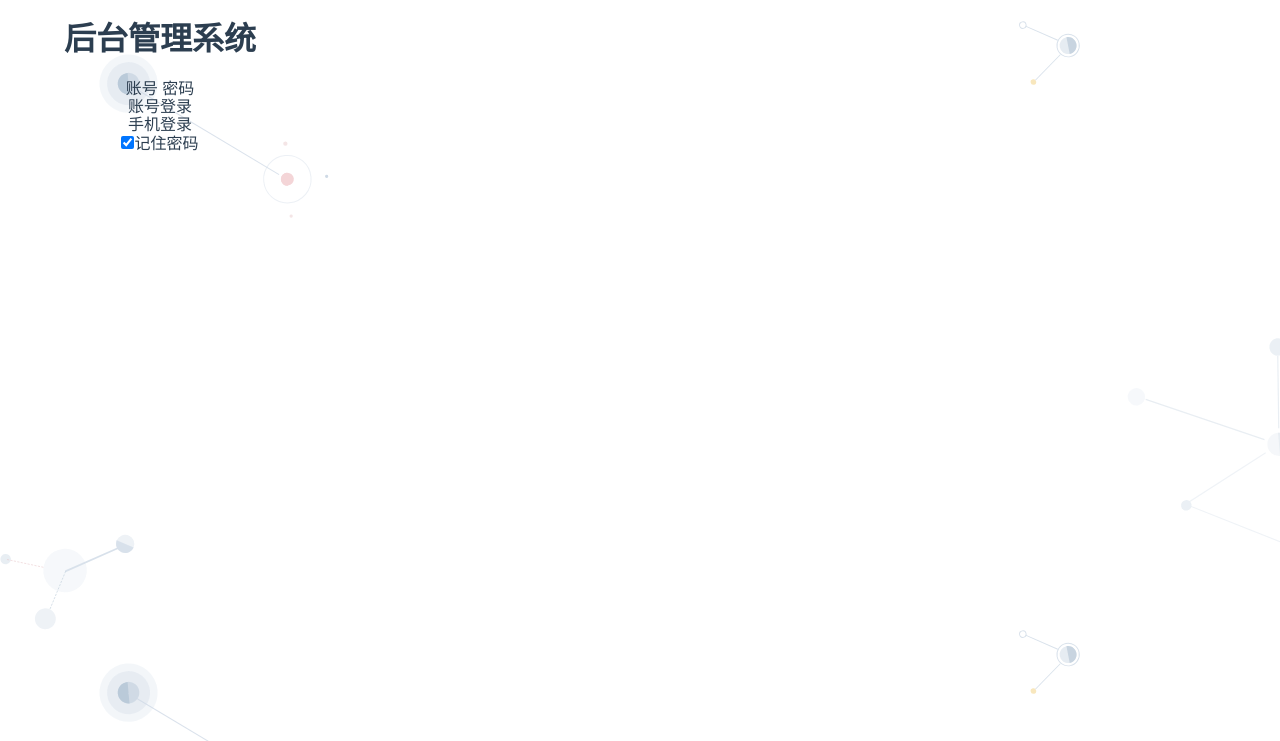
Repository: chenguox/vue-admin
Page: /#/login
The author's editor kept a copy of each file at every save. The page is drawn from the files as they stood at one save, then again after the next save.
The browser window is 1280 px wide. The pictures show the whole page.
The page's requests for data from a server got no answer. The project was rebuilt for these pictures with package versions that can differ from the ones it lists, and the page was loaded fresh each time. No one was signed in, and anything a server would have sent is missing. Also part of the build but not shown: vue.config.js.

Above is the page before, as saved 2022-03-05 10:52:54.

### src/main.ts
import { createApp } from 'vue'
import { globalRegister } from './global'
import 'normalize.css'
import './assets/css/index.less'

import App from './App.vue'

import router from './router'
import store from './store'

import gxRequest from './service'

const app = createApp(App)

// 注册element-plus/其他
app.use(globalRegister)
app.use(router)
app.use(store)

app.mount('#app')

interface DataType {
  data: any
  returnCode: string
  success: boolean
}

gxRequest
  .request<DataType>({
    url: '/post',
    method: 'POST',
    interceptors: {
      requestInterceptor: (config) => {
        console.log('单个请求成功的拦截')
        return config
      },
      requestInterceptorCatch: (err) => {
        console.log('单个请求失败的拦截')
        return err
      },
      responseInterceptor: (res) => {
        console.log('单个响应成功的拦截')
        return res
      },
      responseInterceptorCatch: (err) => {
        console.log('单个响应失败的拦截')
        return err
      }
    }
  })
  .then((res) => {
    // 拿到请求结果
    console.log(res)
  })

### src/global/index.ts
import { App } from 'vue'
import registerElement from './register-element'

export function globalRegister(app: App): void {
  app.use(registerElement)
}

### src/App.vue
<template>
  <div id="app">
    <!-- <router-link to="/login">登录</router-link>
    <router-link to="/main">首页</router-link>
    <h2>{{ $store.state.name }}</h2> -->
    <router-view></router-view>
  </div>
</template>

<script lang="ts">
import { defineComponent } from 'vue'

export default defineComponent({
  name: 'App',
  components: {}
})
</script>

<style lang="less">
#app {
  font-family: Avenir, Helvetica, Arial, sans-serif;
  -webkit-font-smoothing: antialiased;
  -moz-osx-font-smoothing: grayscale;
  text-align: center;
  color: #2c3e50;
  // margin-top: 60px;
}
</style>

### src/router/index.ts
import { createRouter, createWebHashHistory } from 'vue-router'
import { RouteRecordRaw } from 'vue-router'

const routes: RouteRecordRaw[] = [
  {
    path: '/',
    redirect: '/main'
  },
  {
    path: '/main',
    component: () => import('../views/main/main.vue')
  },
  {
    path: '/login',
    component: () => import('../views/login/login.vue')
  }
]

// 创建 router 对象
const router = createRouter({
  routes,
  history: createWebHashHistory()
})

export default router

### src/store/index.ts
import { createStore } from 'vuex'

// 创建store对象
const store = createStore({
  state: () => {
    return {
      name: '哈哈'
    }
  },
  mutations: {},
  getters: {},
  actions: {}
})

export default store

### src/service/index.ts
// service 统一出口
import GXRequest from './request'
import { API_BASE_URL, TIME_OUT } from './request/config'

// 创建 gxRequest 实例
const gxRequest = new GXRequest({
  baseURL: API_BASE_URL,
  timeout: TIME_OUT,
  interceptors: {
    requestInterceptor: (config) => {
      console.log('请求成功的拦截')
      return config
    },
    requestInterceptorCatch: (err) => {
      console.log('请求失败的拦截')
      return err
    },
    responseInterceptor: (res) => {
      console.log('响应成功的拦截')
      return res
    },
    responseInterceptorCatch: (err) => {
      console.log('响应失败的拦截')
      return err
    }
  }
})

export default gxRequest

### src/global/register-element.ts
import { App } from 'vue'
import {
  ElButton,
  ElTabs,
  ElTabPane,
  ElIcon,
  ElForm,
  ElFormItem,
  ElInput,
  ElCheckbox,
  ElLink
} from 'element-plus'

const components = [
  ElButton,
  ElTabs,
  ElTabPane,
  ElIcon,
  ElForm,
  ElFormItem,
  ElInput,
  ElCheckbox,
  ElLink
]

export default function (app: App): void {
  for (const component of components) {
    app.component(component.name, component)
  }
}

### src/views/login/login.vue
<template>
  <div class="login">
    <login-panel />
  </div>
</template>

<script lang="ts">
import { defineComponent } from 'vue'
import LoginPanel from './cpns/login-panel.vue'

export default defineComponent({
  components: {
    LoginPanel
  },
  setup() {
    return {}
  }
})
</script>

<style scoped lange="less">
.login {
  width: 100%;
  height: 100%;
  background: url('../../assets/img/login-bg.svg');
}
</style>

### src/service/request/index.ts
import axios from 'axios'
import type { AxiosInstance } from 'axios'
import type { GXRequestInterceptors, GXRequestConfig } from './type'

class GXRequest {
  instance: AxiosInstance
  interceptors?: GXRequestInterceptors

  constructor(config: GXRequestConfig) {
    this.instance = axios.create(config)

    // 保存对应实例的拦截
    this.interceptors = config.interceptors

    // 1、添加所有实例的拦截器
    this.instance.interceptors.request.use(
      (config) => {
        console.log('所有实例的拦截器: 请求成功拦截')
        return config
      },
      (err) => {
        console.log('所有实例的拦截器: 请求失败拦截')
        return err
      }
    )

    this.instance.interceptors.response.use(
      (res) => {
        console.log('所有实例的拦截器: 响应成功拦截')
        return res
      },
      (err) => {
        console.log('所有实例的拦截器: 响应失败拦截')
        return err
      }
    )

    // 2、添加实例拦截器(从config中取出对应的实例)
    this.instance.interceptors.request.use(
      this.interceptors?.requestInterceptor,
      this.interceptors?.requestInterceptorCatch
    )
    this.instance.interceptors.response.use(
      this.interceptors?.responseInterceptor,
      this.interceptors?.responseInterceptorCatch
    )
  }

  // 需要将返回结果类型改为 Promise, 且类型应该是请求者决定，所以使用泛型
  request<T>(config: GXRequestConfig<T>): Promise<T> {
    // 处理成返回一个 promise
    return new Promise((resolve, reject) => {
      if (config.interceptors?.requestInterceptor) {
        // 执行请求拦截，执行完将config返回
        config = config.interceptors.requestInterceptor(config)
      }
      this.instance
        .request<any, T>(config)
        .then((res) => {
          if (config.interceptors?.responseInterceptor) {
            res = config.interceptors.responseInterceptor(res)
          }

          // 将结果 resolve 返回出去
          resolve(res)
        })
        .catch((err) => {
          reject(err)
        })
    })
  }
}

export default GXRequest

### src/service/request/config.ts
// 通过加载 .env 文件的方式区分环境变量
export const API_BASE_URL = process.env.VUE_APP_BASE_URL
export const TIME_OUT = 10000

### src/views/login/cpns/login-panel.vue
<template>
  <div class="login-panel">
    <h1 class="title">后台管理系统</h1>
    <el-tabs>
      <el-tab-pane type="border-card">
        <template #label>
          <span>
            <el-icon><avatar /></el-icon>账号登录
          </span>
        </template>
        账号 密码
      </el-tab-pane>
      <el-tab-pane>
        <template #label>
          <span>
            <el-icon><cellphone /></el-icon>手机登录
          </span>
        </template>
        手机
      </el-tab-pane>
    </el-tabs>
    <div class="account-control">
      <el-checkbox
        v-model="isKeepPassword"
        label="记住密码"
        size="large"
      ></el-checkbox>
    </div>
  </div>
</template>

<script lang="ts">
import { defineComponent, ref } from 'vue'

export default defineComponent({
  setup() {
    const isKeepPassword = ref(true)
    return {
      isKeepPassword
    }
  }
})
</script>

<style scoped lang="less">
.login-panel {
  width: 320px;

  // .title {

  // }
}
</style>

Loaded but not shown: public/index.html (common file); src/assets/css/index.less (common file); src/assets/css/base.less (common file)

After the next save:
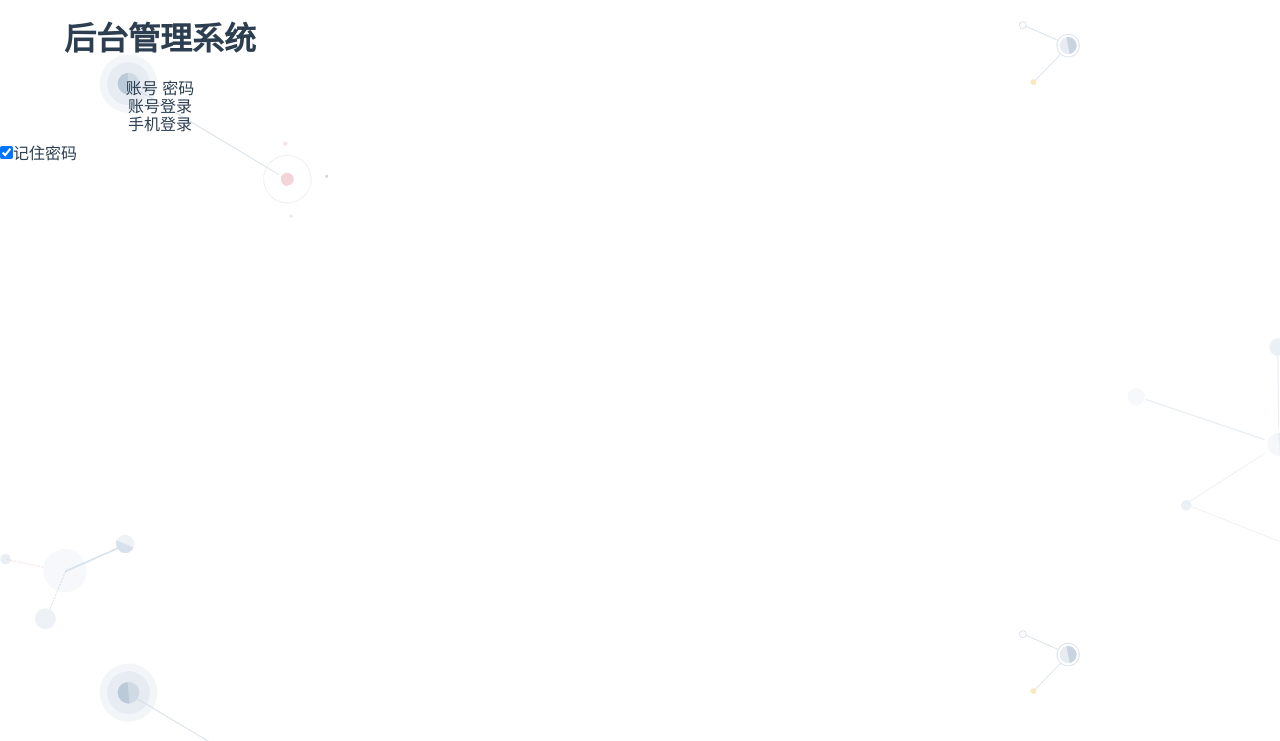
Saved 55 s later.
--- a/src/views/login/cpns/login-panel.vue
+++ b/src/views/login/cpns/login-panel.vue
@@ -49,5 +49,10 @@ export default defineComponent({
   // .title {
 
   // }
+  .account-control {
+    margin-top: 10px;
+    display: flex;
+    justify-content: space-between;
+  }
 }
 </style>
